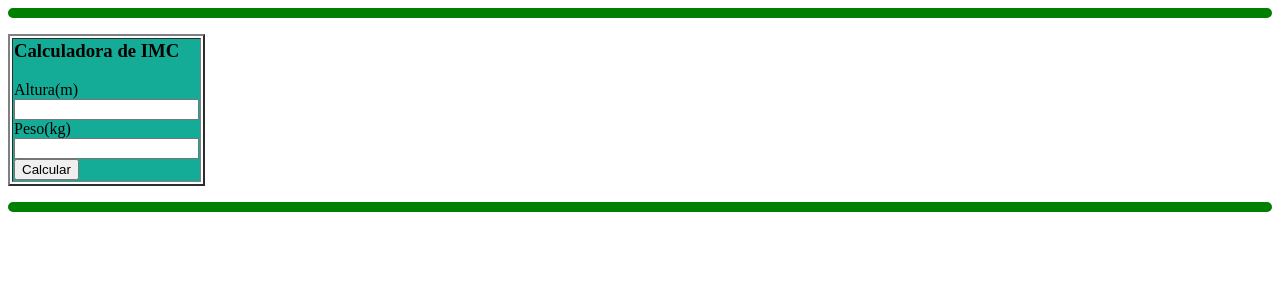
Repository: Patriciamativi/Projetos
Page: index.html
These files come from the project's save history. The page is drawn as it stood at one moment and after the next save; the edit follows.
The browser window is 1280 px wide. The pictures show the whole page.

Above is the page before, as saved 2022-11-21 14:40:51.

### index.html
<html>
    <head>
        <title>Calculadora de IMC</title>
        <meta charset="utf-8"/>

        <style type="text/css">

            p {
                border: 5px solid green;
                border-radius: 5px;

            }
            td {

                background-color: rgb(20, 172, 151);
            }

        </style>
    </head>

<table border="2">
    <body>
         <tr>
            <p><td><h3>Calculadora de IMC</h3>
            Altura(m)<br/>
            <input type: "number" > </br>
            Peso(kg)<br/>
            <input type: "number" > </br>
            <input type= "submit" value="Calcular"></td></tr>

    </table>
</p>
</body>
</html>

After the next save:
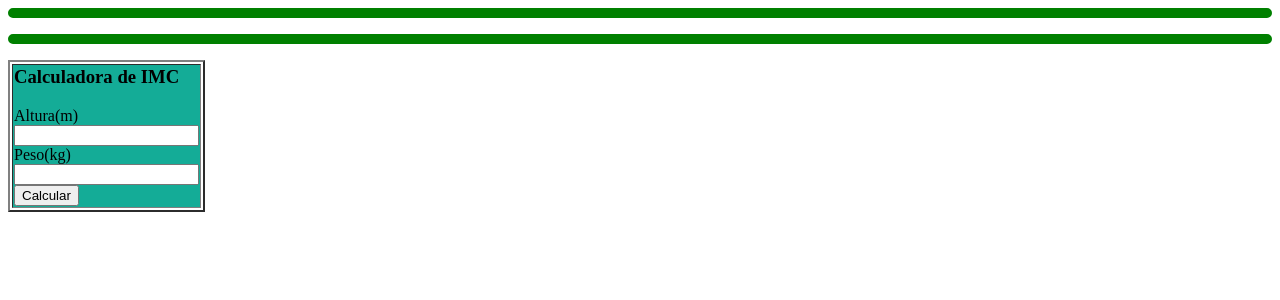
Saved 5 s later.
--- a/index.html
+++ b/index.html
@@ -26,9 +26,9 @@
             <input type: "number" > </br>
             Peso(kg)<br/>
             <input type: "number" > </br>
-            <input type= "submit" value="Calcular"></td></tr>
+            <input type= "submit" value="Calcular"></td></tr> </p>
 
     </table>
-</p>
+
 </body>
 </html>

After the 6 saves that followed:
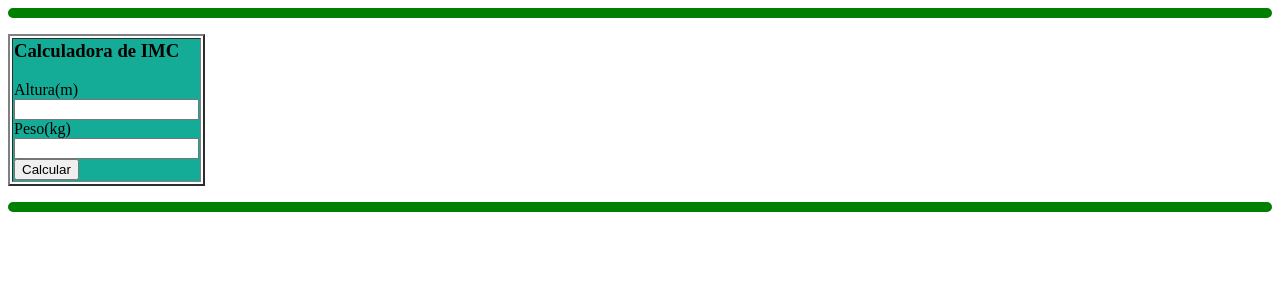
The 6 saves are shown as one change because 1 left the picture as it was and some came seconds apart.
The last was saved 25 s later.
--- a/index.html
+++ b/index.html
@@ -17,18 +17,18 @@
 
         </style>
     </head>
-
-<table border="2">
+   <p>
+</p><table border="2">
     <body>
          <tr>
-            <p><td><h3>Calculadora de IMC</h3>
+            <td><h3>Calculadora de IMC</h3>
             Altura(m)<br/>
             <input type: "number" > </br>
             Peso(kg)<br/>
             <input type: "number" > </br>
-            <input type= "submit" value="Calcular"></td></tr> </p>
+            <input type= "submit" value="Calcular"></td></tr>
 
     </table>
-
+</p>
 </body>
 </html>
